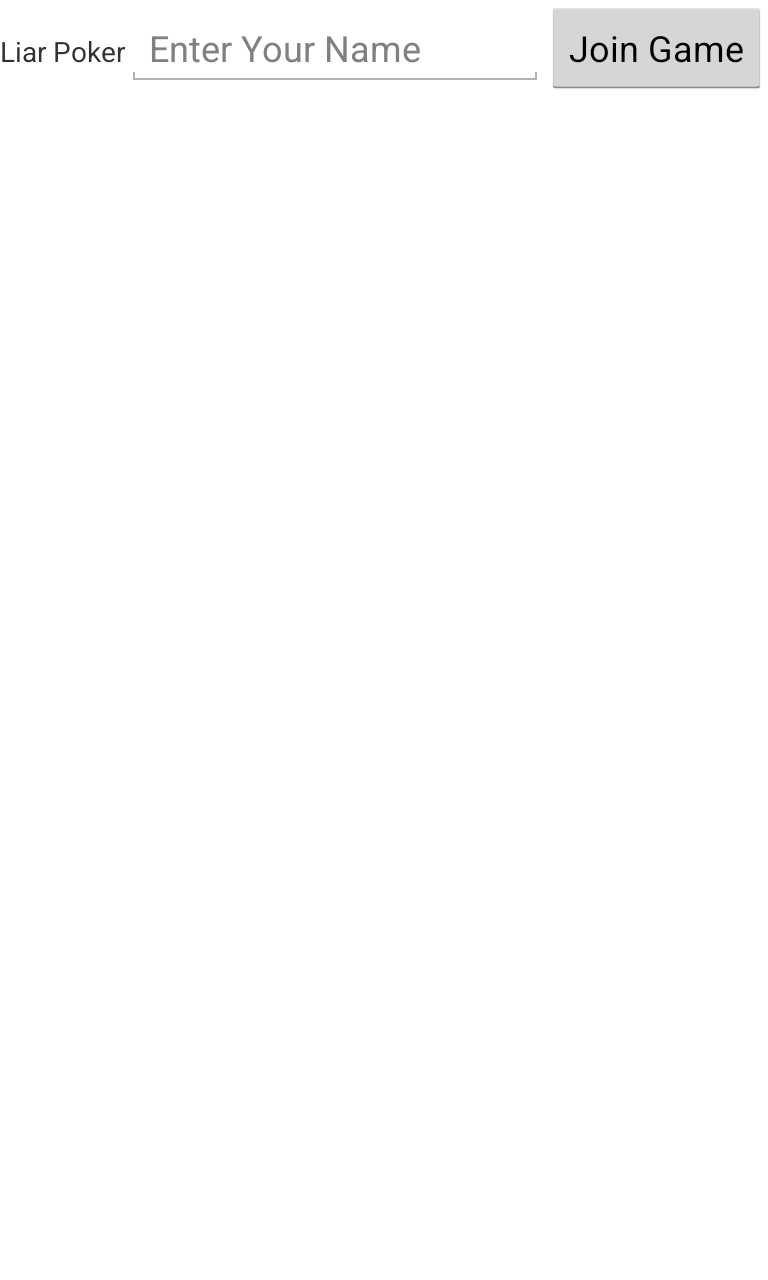
Repository: RayyLim/LiarPoker
Layout: LiarPoker/res/layout/activity_main.xml
The author's editor kept a copy of each file at every save. The layout is drawn from the files as they stood at one save, then again after the next save.
It is drawn on a 768 x 1280 px phone screen (xhdpi) without system bars, with theme AppTheme; the app's code is not run.

Above is the layout before, as saved 2012-07-21 22:50:54.

After the next save:
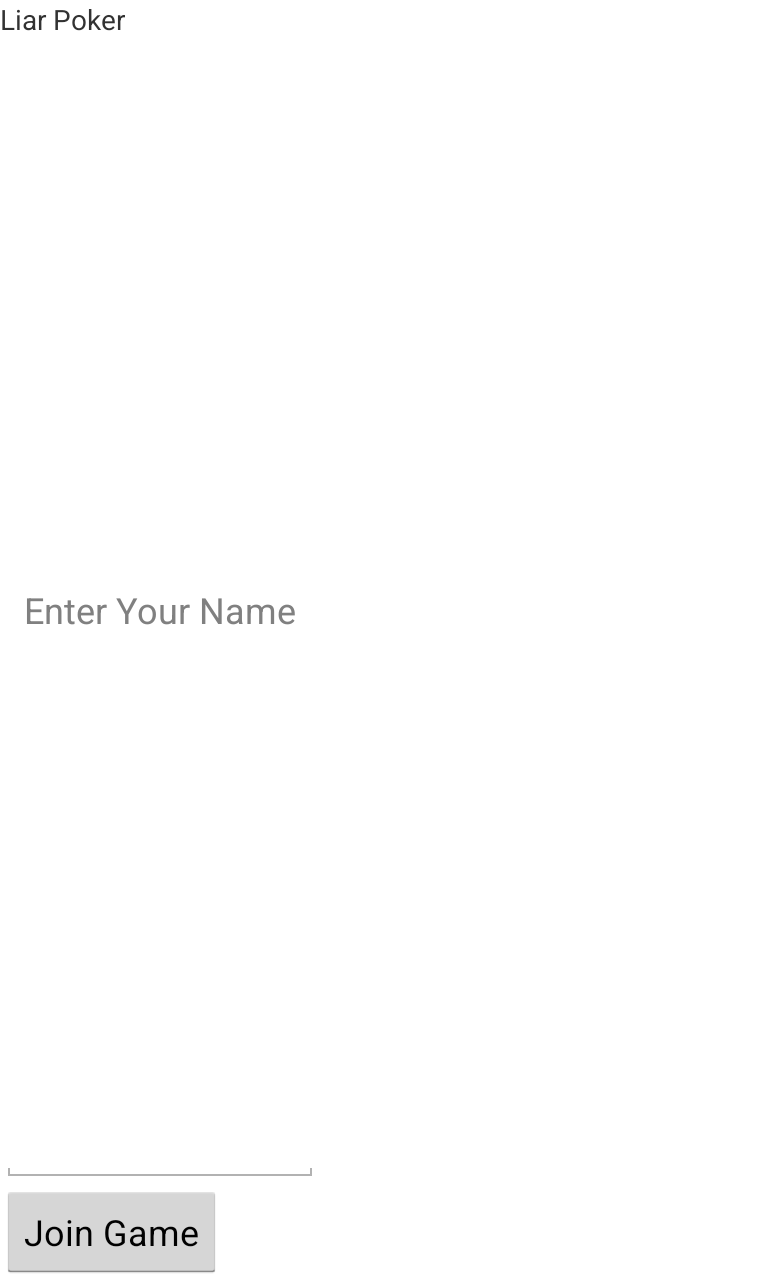
Saved 37 s later.
--- a/LiarPoker/res/layout/activity_main.xml
+++ b/LiarPoker/res/layout/activity_main.xml
@@ -2,7 +2,7 @@
     xmlns:tools="http://schemas.android.com/tools"
     android:layout_width="match_parent"
     android:layout_height="match_parent"
-    android:orientation="horizontal" >
+    android:orientation="vertical" >
 
 
     <TextView
@@ -13,8 +13,8 @@
 
         <EditText android:id="@+id/edit_message"
         android:layout_weight="1"
-        android:layout_width="0dp"
-        android:layout_height="wrap_content"
+        android:layout_width="wrap_content"
+        android:layout_height="0dp"
         android:hint="@string/enteryourname_message" />
 
             <Button
